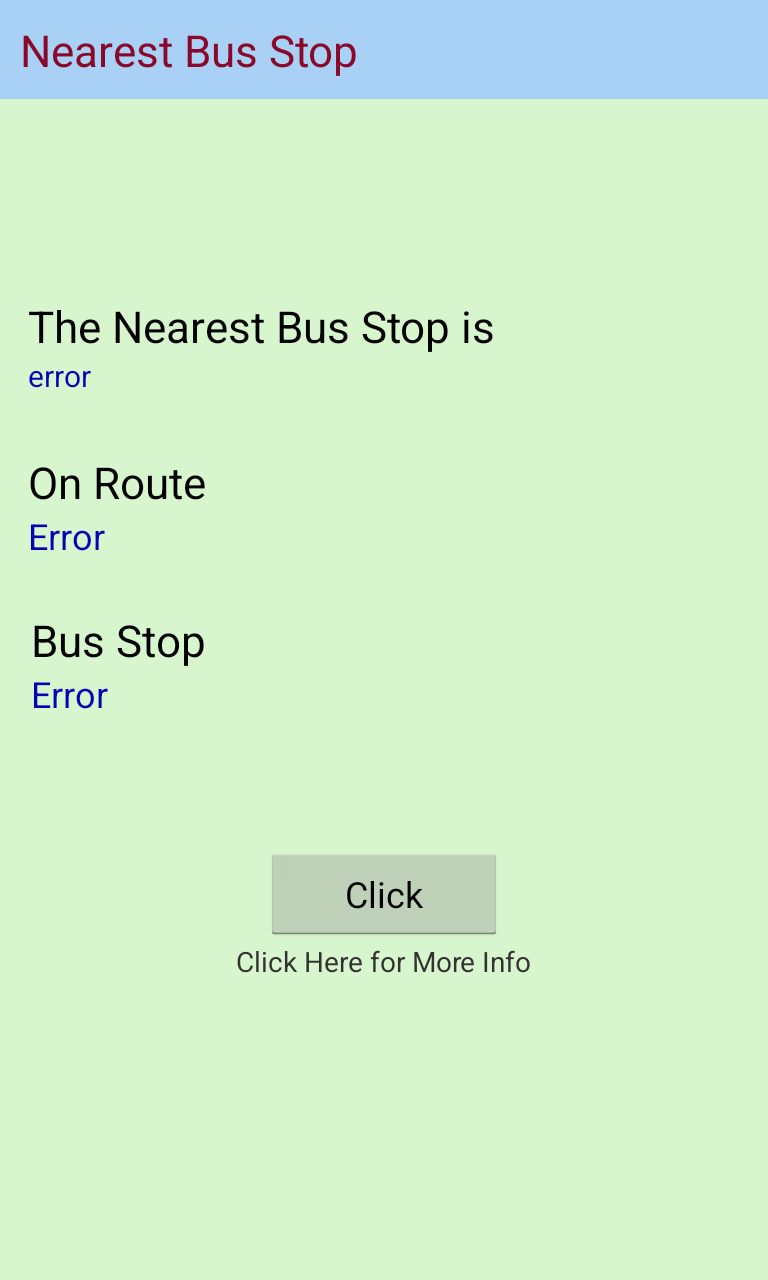
Repository: patheon17/myrepo2
Layout: workspace/UMBusTracking/res/layout/activity_nearest_stop.xml
An editor plug-in stored every save of this project. The layout is shown before and after the next save, followed by the edit.
It is drawn on a 768 x 1280 px phone screen (xhdpi) without system bars, with theme AppTheme; the app's code is not run.

Above is the layout before, as saved 2013-10-04 06:15:10.

### workspace/UMBusTracking/res/layout/activity_nearest_stop.xml
<RelativeLayout xmlns:android="http://schemas.android.com/apk/res/android"
    xmlns:tools="http://schemas.android.com/tools"
    android:layout_width="match_parent"
    android:layout_height="match_parent"
    android:background="#D8F6CE"
    tools:context=".NearestStop" >

    <TextView
        android:id="@+id/textView2"
        android:layout_width="fill_parent"
        android:layout_height="wrap_content"
        android:layout_alignParentTop="true"
        android:background="@color/background_lime"
        android:padding="10sp"
        android:text="Nearest Bus Stop"
        android:textAppearance="?android:attr/textAppearanceLarge"
        android:textColor="#8A0829"
        />

    <TextView
        android:id="@+id/onroute"
        android:layout_width="wrap_content"
        android:layout_height="wrap_content"
        android:layout_above="@+id/routed"
        android:layout_alignLeft="@+id/displaystop"
        android:text="@string/routename"
        android:textAppearance="?android:attr/textAppearanceLarge" />

    <TextView
        android:id="@+id/routed"
        android:layout_width="wrap_content"
        android:layout_height="wrap_content"
        android:layout_above="@+id/busstop"
        android:layout_alignLeft="@+id/onroute"
        android:layout_marginBottom="25dp"
        android:gravity="center"
        android:text="Error"
        android:textAppearance="?android:attr/textAppearanceMedium"
        android:textColor="#0404B4" />

    <TextView
        android:id="@+id/textView1"
        android:layout_width="wrap_content"
        android:layout_height="wrap_content"
        android:layout_above="@+id/displaystop"
        android:layout_alignParentLeft="true"
        android:layout_marginLeft="14dp"
        android:text="The Nearest Bus Stop is"
        android:textAppearance="?android:attr/textAppearanceLarge" />

    <TextView
        android:id="@+id/displaystop"
        android:layout_width="wrap_content"
        android:layout_height="wrap_content"
        android:layout_above="@+id/onroute"
        android:layout_alignLeft="@+id/textView1"
        android:layout_marginBottom="28dp"
        android:text="@string/displaystop"
        android:textColor="#0404B4"
        android:textSize="15dp" />

    <TextView
        android:id="@+id/busstop"
        android:layout_width="wrap_content"
        android:layout_height="wrap_content"
        android:layout_alignRight="@+id/onroute"
        android:layout_centerVertical="true"
        android:text="@string/stopname"
        android:textAppearance="?android:attr/textAppearanceLarge" />

    <TextView
        android:id="@+id/stops"
        android:layout_width="wrap_content"
        android:layout_height="wrap_content"
        android:layout_alignLeft="@+id/busstop"
        android:layout_below="@+id/busstop"
        android:text="Error"
        android:textAppearance="?android:attr/textAppearanceMedium"
        android:textColor="#0404B4" />

    <Button
        android:id="@+id/button1"
        android:layout_width="120sp"
        android:layout_height="wrap_content"
        android:layout_below="@+id/stops"
        android:layout_centerHorizontal="true"
        android:layout_marginTop="64dp"
        android:text="Click" />

    <TextView
        android:id="@+id/textView3"
        android:layout_width="wrap_content"
        android:layout_height="wrap_content"
        android:layout_below="@+id/button1"
        android:layout_centerHorizontal="true"
        android:text="Click Here for More Info"
        android:textAppearance="?android:attr/textAppearanceSmall" />

</RelativeLayout>

### workspace/UMBusTracking/res/values/styles.xml
<resources>

    <!--
        Base application theme, dependent on API level. This theme is replaced
        by AppBaseTheme from res/values-vXX/styles.xml on newer devices.
    -->
    <style name="AppBaseTheme" parent="android:Theme.Light">
        <!--
            Theme customizations available in newer API levels can go in
            res/values-vXX/styles.xml, while customizations related to
            backward-compatibility can go here.
        -->
    </style>

    <!-- Application theme. -->
    <style name="AppTheme" parent="AppBaseTheme">
        <!-- All customizations that are NOT specific to a particular API-level can go here. -->
    </style>


</resources>

### workspace/UMBusTracking/res/values/strings.xml
<?xml version="1.0" encoding="utf-8"?>
<resources>

    <string name="app_name">UMBusTracking</string>
    <string name="action_settings">Settings</string>
    <string name="hello_world">Hello world!</string>
    <string name="button">Connect</string>
    <string name="title_activity_info">InfoActivity</string>
    <string name="title_activity_test2">Test2</string>
    <string name="title_activity_view_stops_details">View Bus Stops Details/Information</string>
    <string name="viewstoptitle">Error</string>
    <string name="title_activity_nearest_stop">NearestStop</string>
    <string name="displaystop">error</string>

    <color name="background_lime">#A9D0F5</color>

    <string name="routename">On Route</string>
    <string name="stopname">Bus Stop</string>
    <string name="title_activity_display_busses">DisplayBusses</string>

</resources>

Loaded but not shown: workspace/UMBusTracking/res/values-v11/styles.xml (common file); workspace/UMBusTracking/res/values-v14/styles.xml (common file)

After the next save:
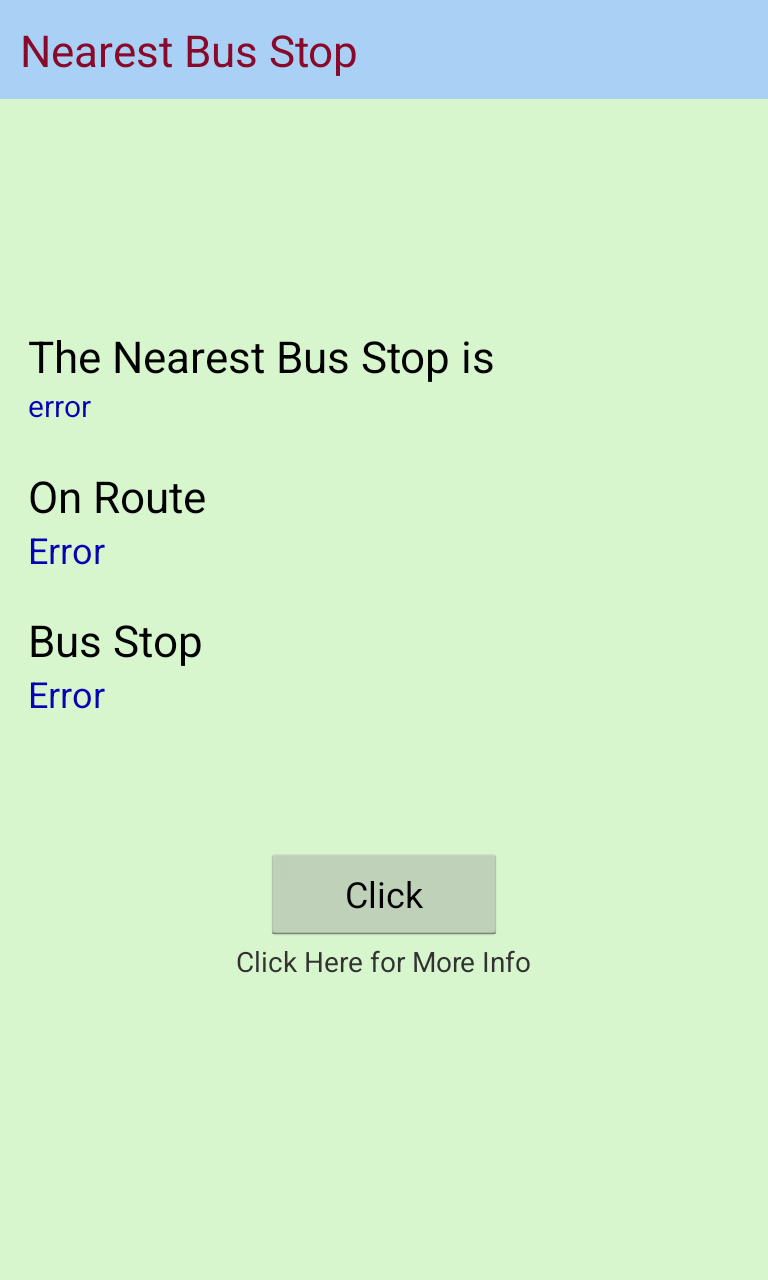
Saved 2 min 11 s later.
--- a/workspace/UMBusTracking/res/layout/activity_nearest_stop.xml
+++ b/workspace/UMBusTracking/res/layout/activity_nearest_stop.xml
@@ -17,67 +17,6 @@
         android:textColor="#8A0829"
         />
 
-    <TextView
-        android:id="@+id/onroute"
-        android:layout_width="wrap_content"
-        android:layout_height="wrap_content"
-        android:layout_above="@+id/routed"
-        android:layout_alignLeft="@+id/displaystop"
-        android:text="@string/routename"
-        android:textAppearance="?android:attr/textAppearanceLarge" />
-
-    <TextView
-        android:id="@+id/routed"
-        android:layout_width="wrap_content"
-        android:layout_height="wrap_content"
-        android:layout_above="@+id/busstop"
-        android:layout_alignLeft="@+id/onroute"
-        android:layout_marginBottom="25dp"
-        android:gravity="center"
-        android:text="Error"
-        android:textAppearance="?android:attr/textAppearanceMedium"
-        android:textColor="#0404B4" />
-
-    <TextView
-        android:id="@+id/textView1"
-        android:layout_width="wrap_content"
-        android:layout_height="wrap_content"
-        android:layout_above="@+id/displaystop"
-        android:layout_alignParentLeft="true"
-        android:layout_marginLeft="14dp"
-        android:text="The Nearest Bus Stop is"
-        android:textAppearance="?android:attr/textAppearanceLarge" />
-
-    <TextView
-        android:id="@+id/displaystop"
-        android:layout_width="wrap_content"
-        android:layout_height="wrap_content"
-        android:layout_above="@+id/onroute"
-        android:layout_alignLeft="@+id/textView1"
-        android:layout_marginBottom="28dp"
-        android:text="@string/displaystop"
-        android:textColor="#0404B4"
-        android:textSize="15dp" />
-
-    <TextView
-        android:id="@+id/busstop"
-        android:layout_width="wrap_content"
-        android:layout_height="wrap_content"
-        android:layout_alignRight="@+id/onroute"
-        android:layout_centerVertical="true"
-        android:text="@string/stopname"
-        android:textAppearance="?android:attr/textAppearanceLarge" />
-
-    <TextView
-        android:id="@+id/stops"
-        android:layout_width="wrap_content"
-        android:layout_height="wrap_content"
-        android:layout_alignLeft="@+id/busstop"
-        android:layout_below="@+id/busstop"
-        android:text="Error"
-        android:textAppearance="?android:attr/textAppearanceMedium"
-        android:textColor="#0404B4" />
-
     <Button
         android:id="@+id/button1"
         android:layout_width="120sp"
@@ -96,4 +35,65 @@
         android:text="Click Here for More Info"
         android:textAppearance="?android:attr/textAppearanceSmall" />
 
+    <TextView
+        android:id="@+id/textView1"
+        android:layout_width="wrap_content"
+        android:layout_height="wrap_content"
+        android:layout_above="@+id/displaystop"
+        android:layout_alignParentLeft="true"
+        android:layout_marginLeft="14dp"
+        android:text="The Nearest Bus Stop is"
+        android:textAppearance="?android:attr/textAppearanceLarge" />
+
+    <TextView
+        android:id="@+id/onroute"
+        android:layout_width="wrap_content"
+        android:layout_height="wrap_content"
+        android:layout_above="@+id/routed"
+        android:layout_alignLeft="@+id/displaystop"
+        android:text="@string/routename"
+        android:textAppearance="?android:attr/textAppearanceLarge" />
+
+    <TextView
+        android:id="@+id/displaystop"
+        android:layout_width="wrap_content"
+        android:layout_height="wrap_content"
+        android:layout_above="@+id/onroute"
+        android:layout_alignLeft="@+id/textView1"
+        android:layout_marginBottom="20dp"
+        android:text="@string/displaystop"
+        android:textColor="#0404B4"
+        android:textSize="15dp" />
+
+    <TextView
+        android:id="@+id/stops"
+        android:layout_width="wrap_content"
+        android:layout_height="wrap_content"
+        android:layout_alignLeft="@+id/onroute"
+        android:layout_below="@+id/busstop"
+        android:text="Error"
+        android:textAppearance="?android:attr/textAppearanceMedium"
+        android:textColor="#0404B4" />
+
+    <TextView
+        android:id="@+id/routed"
+        android:layout_width="wrap_content"
+        android:layout_height="wrap_content"
+        android:layout_above="@+id/busstop"
+        android:layout_alignLeft="@+id/onroute"
+        android:layout_marginBottom="18dp"
+        android:gravity="center"
+        android:text="Error"
+        android:textAppearance="?android:attr/textAppearanceMedium"
+        android:textColor="#0404B4" />
+
+    <TextView
+        android:id="@+id/busstop"
+        android:layout_width="wrap_content"
+        android:layout_height="wrap_content"
+        android:layout_alignLeft="@+id/onroute"
+        android:layout_centerVertical="true"
+        android:text="@string/stopname"
+        android:textAppearance="?android:attr/textAppearanceLarge" />
+
 </RelativeLayout>
